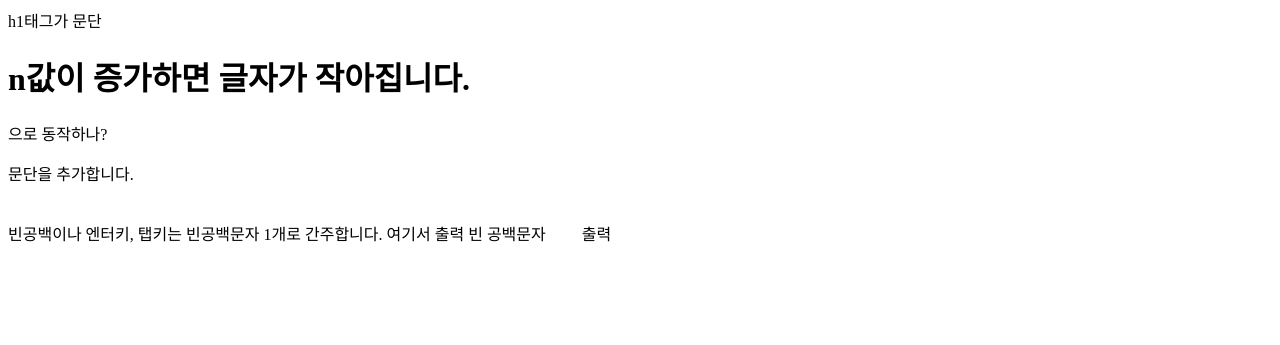
Repository: logicallaw/internet_programming
Page: T01/public/hello.html
These files come from the project's save history. The page is drawn as it stood at one moment and after the next save; the edit follows.
The browser window is 1280 px wide. The pictures show the whole page.

Above is the page before, as saved 2025-03-11 10:24:37.

After the next save:
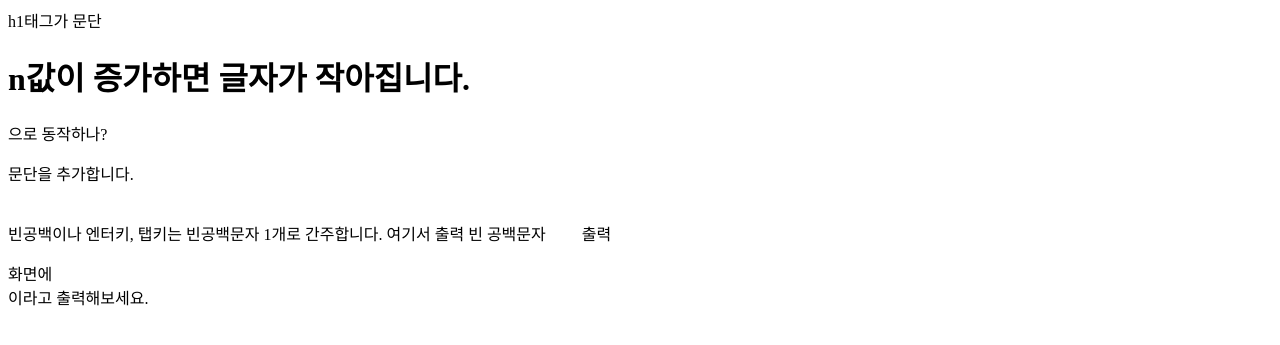
Saved 55 s later.
--- a/T01/public/hello.html
+++ b/T01/public/hello.html
@@ -19,5 +19,8 @@ h1태그가 문단<h1>n값이 증가하면 글자가 작아집니다.</h1>으로
 
 빈 공백문자 &nbsp; &nbsp; &nbsp; &nbsp; 출력
 </p>
+<p>
+화면에 <br>이라고 출력해보세요.
+
 </body>
 </html>
